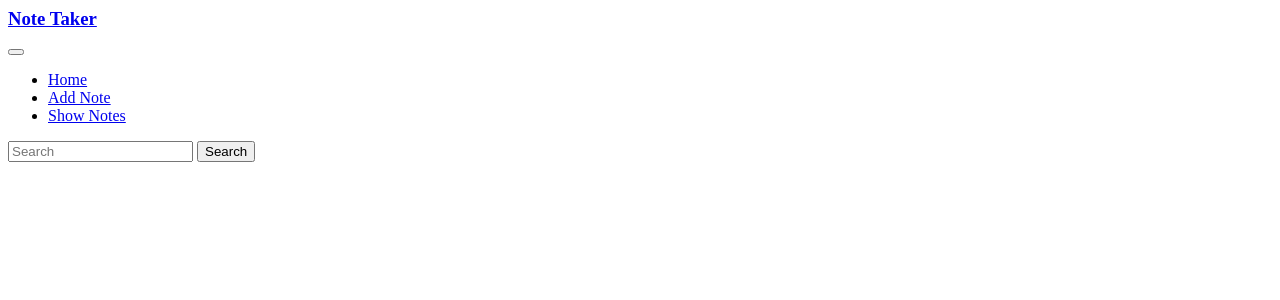
Repository: aadilnoor/Hibernate_learning
Page: http://localhost/NoteTakerProjectHibernate/navbar.jsp
The author's editor kept a copy of each file at every save. The page is drawn from the files as they stood at one save, then again after the next save.
The browser window is 1280 px wide. The pictures show the whole page.
The page is served by Tomcat 9.

Above is the page before, as saved 2024-02-01 10:46:36.

After the next save:
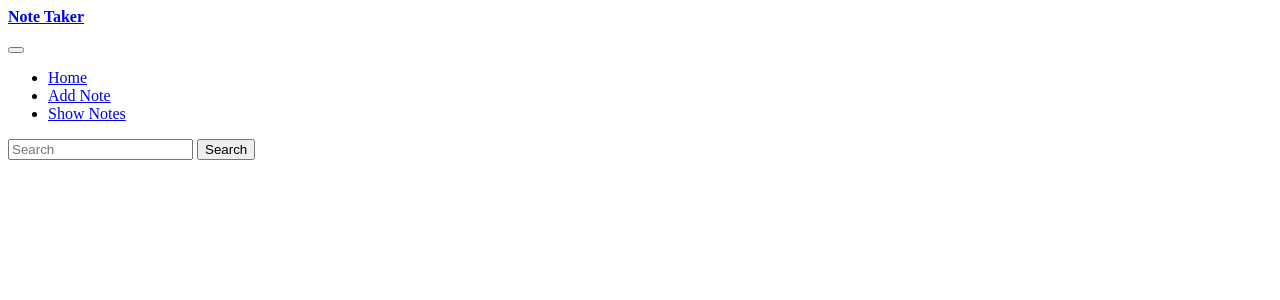
Saved 42 s later.
--- a/NoteTakerProjectHibernate/src/main/webapp/navbar.jsp
+++ b/NoteTakerProjectHibernate/src/main/webapp/navbar.jsp
@@ -1,7 +1,7 @@
 
 <nav class="navbar navbar-expand-lg navbar-dark pink">
 	<div class="container-fluid">
-		<a class="navbar-brand" href="index.jsp"><h3>Note Taker</h3></a>
+		<a class="navbar-brand" href="index.jsp"><h4>Note Taker</h4></a>
 		<button class="navbar-toggler" type="button" data-bs-toggle="collapse"
 			data-bs-target="#navbarSupportedContent"
 			aria-controls="navbarSupportedContent" aria-expanded="false"
